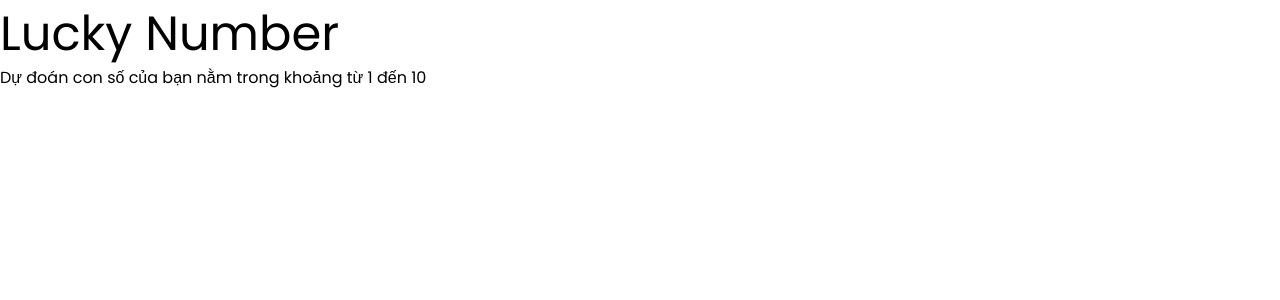
Repository: whis16720/PhuNguyen-C4EJS-D15
Page: index.html
The author's editor kept a copy of each file at every save. The page is drawn from the files as they stood at one save, then again after the next save.
The browser window is 1280 px wide. The pictures show the whole page.
The style sheet was rebuilt from its Sass, Less or Tailwind sources for each picture, by a compiler version that may differ from the author's.

Above is the page before, as saved 2020-09-22 19:27:42.

### index.html
<!DOCTYPE html>
<html lang="en">
<head>
	<meta charset="UTF-8">
	<meta name="viewport" content="width=device-width, initial-scale=1.0">
	<title>Document</title>
	<link rel="stylesheet" href="style.css">
	<link rel="stylesheet" href="reset.css">
	<link href="https://fonts.googleapis.com/css2?family=Poppins:wght@200;300;400;600;700&display=swap" rel="stylesheet">
	<script src="index.js"></script>
</head>
<body>
	<div class="game">
		<h1 class="game__name">Lucky Number</h1>
		<p class="game__details">Dự đoán con số của bạn nằm trong khoảng từ 1 đến 10</p>
	</div>
</body>
</html>

### style.scss
html {
	font-size: 62.5%; // 1rem = 10px
}
.game {
	font-family: "Poppins", sans-serif;
	line-height: 1.4;
	width: 500px auto;
	margin: auto;
	&__name {
		font-size: 3rem;
	}
}

Loaded but not shown: reset.css (common file); index.js (no copy from this time; the picture is the same without it)

After the next save:
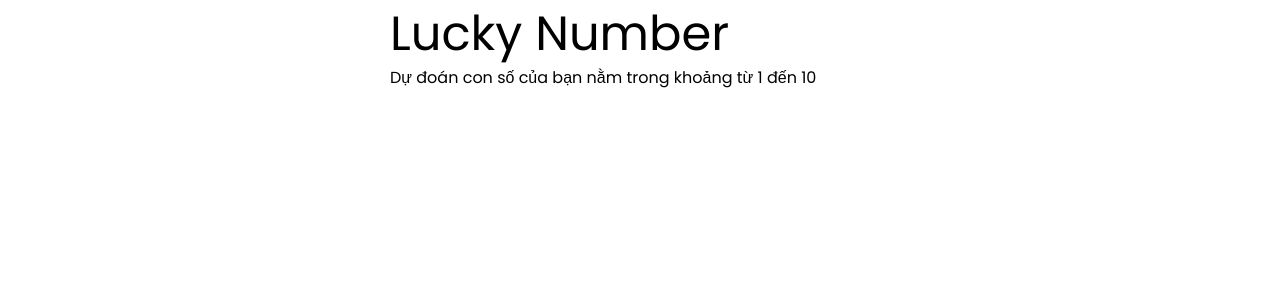
Saved 15 s later.
--- a/style.scss
+++ b/style.scss
@@ -4,7 +4,7 @@
 .game {
 	font-family: "Poppins", sans-serif;
 	line-height: 1.4;
-	width: 500px auto;
+	width: 500px;
 	margin: auto;
 	&__name {
 		font-size: 3rem;
